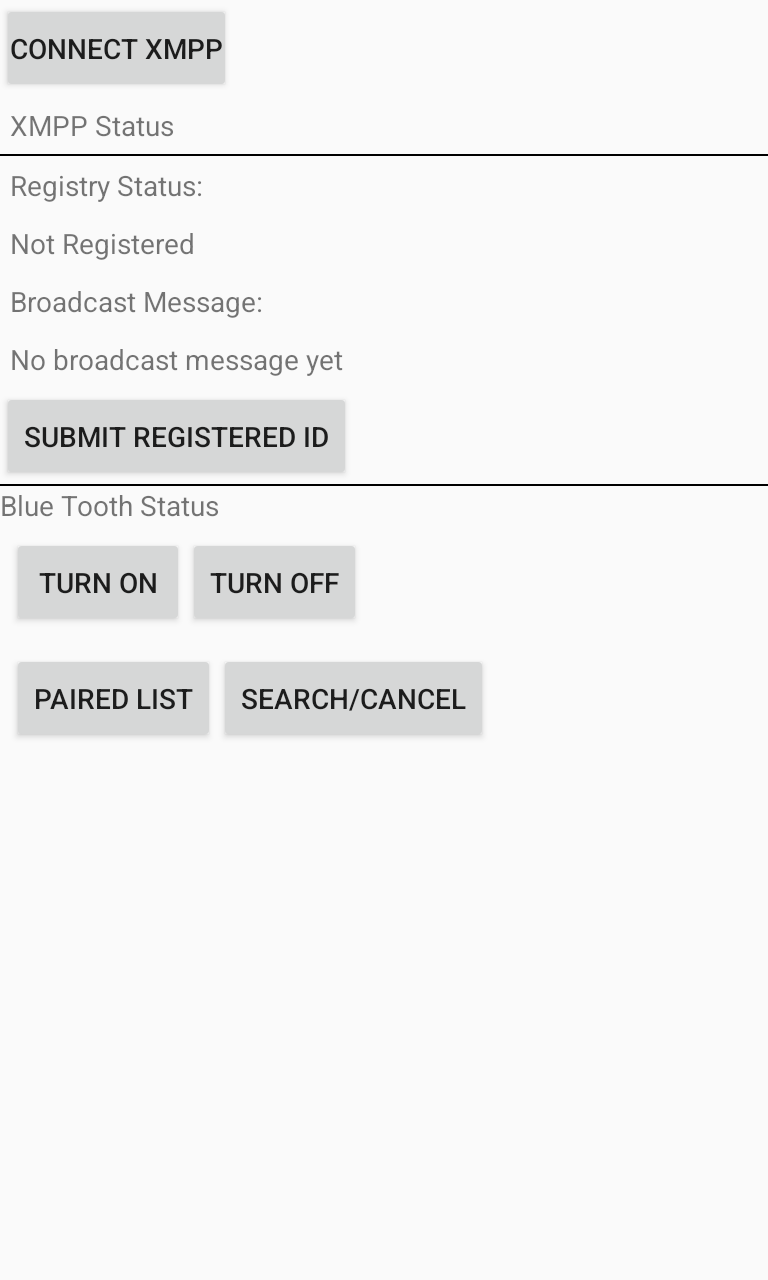
Repository: AlanTai/prjAppIntegration
Layout: prjCandyHouse/res/layout/activity_main.xml
These files come from the project's save history. The layout is drawn as it stood at one moment and after the next save; the edit follows.
It is drawn on a 768 x 1280 px phone screen (xhdpi) without system bars, with theme AppTheme; the app's code is not run. Lists and similar views that code fills are empty.

Above is the layout before, as saved 2014-11-12 00:22:22.

After the next save:
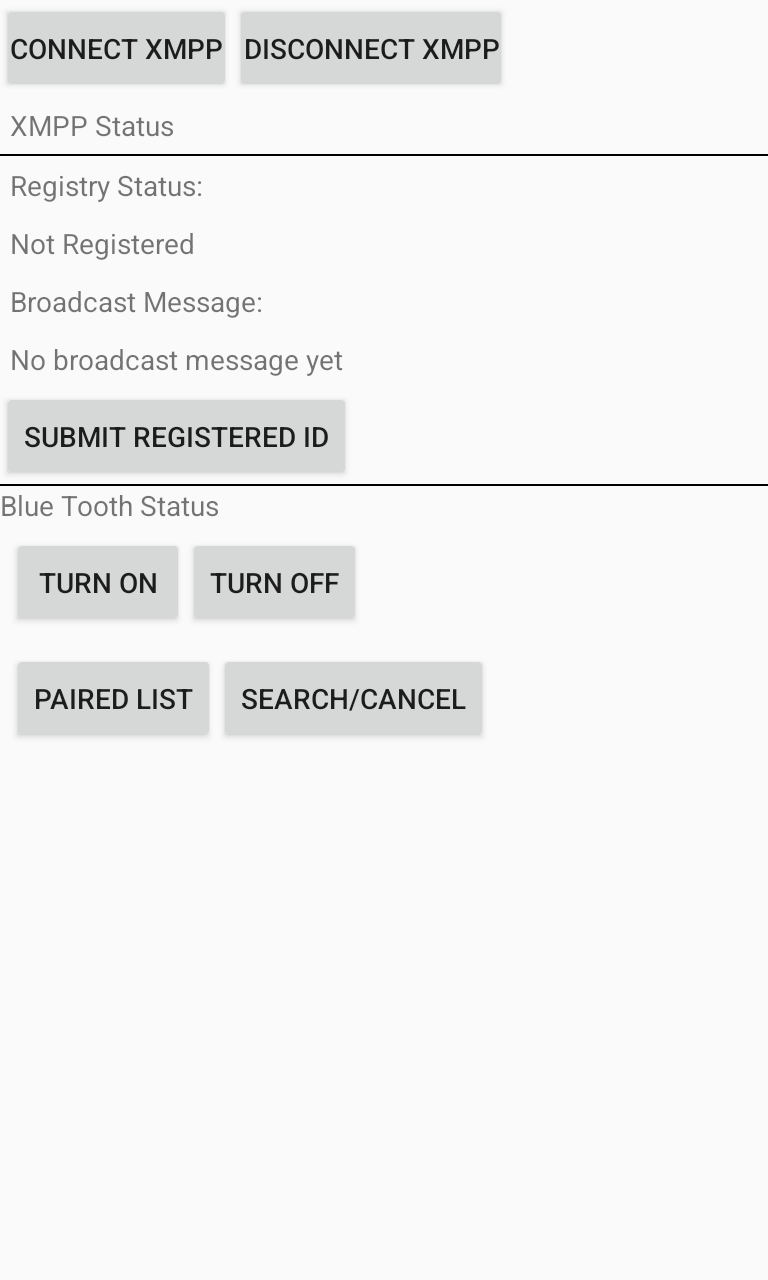
Saved 15 s later.
--- a/prjCandyHouse/res/layout/activity_main.xml
+++ b/prjCandyHouse/res/layout/activity_main.xml
@@ -5,12 +5,28 @@
     android:layout_height="match_parent"
     android:orientation="vertical">
 
+    <LinearLayout
+        android:layout_width="wrap_content"
+        android:layout_height="wrap_content"
+        android:orientation="horizontal">
+
+
     <Button
         android:id="@+id/btnConnectXMPP"
         android:layout_width="wrap_content"
         android:layout_height="wrap_content"
         android:padding="5dp"
         android:text="@string/btnConnectXMPP"/>
+
+    <Button
+        android:id="@+id/btnDisconnectXMPP"
+        android:layout_width="wrap_content"
+        android:layout_height="wrap_content"
+        android:padding="5dp"
+        android:text="@string/btnDisconnectXMPP"/>
+
+    </LinearLayout>
+
     <TextView
         android:id="@+id/txtXMPPStatus"
         android:layout_width="wrap_content"
